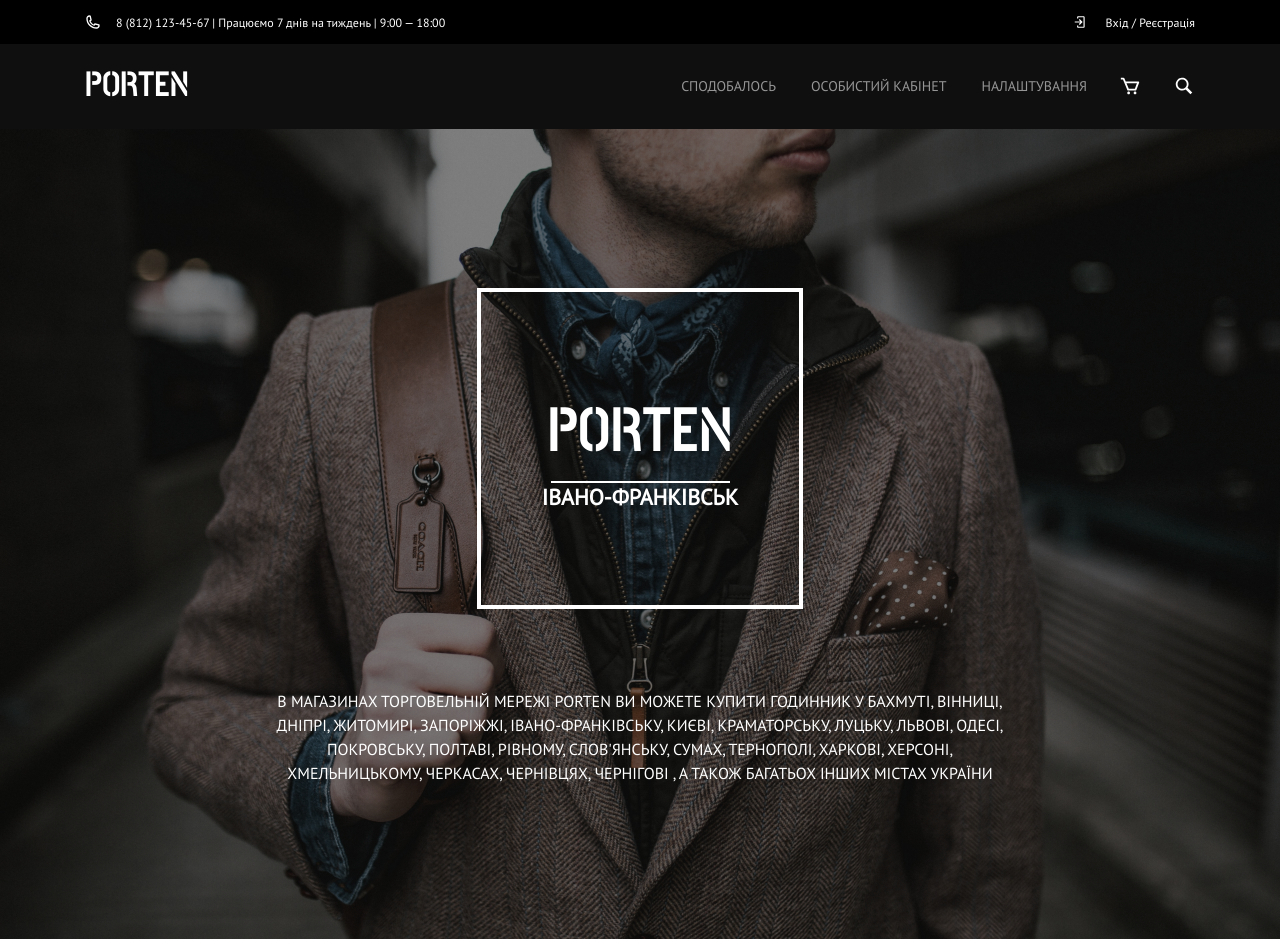
Repository: KYUUBI-K/porten
Page: index.html
An editor plug-in stored every save of this project. The page is shown before and after the next save, followed by the edit.
The browser window is 1280 px wide. The pictures show the whole page.

Above is the page before, as saved 2025-09-09 21:18:40.

After the next save:
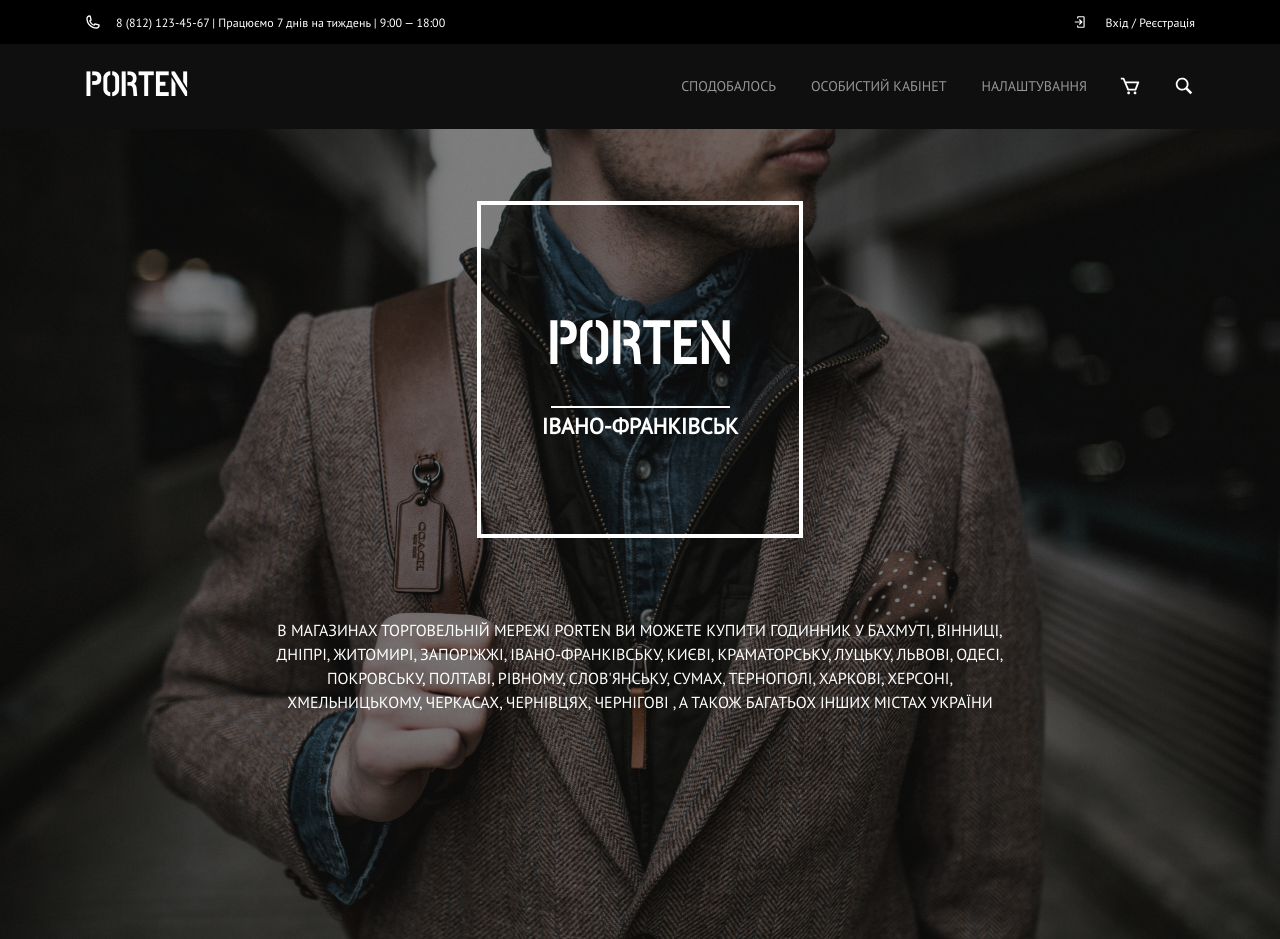
Saved 70 s later.
--- a/styles.css
+++ b/styles.css
@@ -127,8 +127,9 @@
 .banner {
   display: flex;
   flex-direction: column;
-  justify-content: flex-end;
+  justify-content: center;
   align-items: center;
+  text-align: center;
   text-transform: uppercase;
   min-height: 810px;
   background: linear-gradient(
@@ -139,11 +140,8 @@
     url(/images/Rectangle\ 3.png) lightgray 50% / cover no-repeat;
 }
 .banner-logo {
-  display: flex;
-  flex-direction: column;
   border: 4px solid #fff;
   padding: 93px 61px 94px 61px;
-  align-items: center;
 }
 .banner-title {
   font-family: var(--font-family-logo);
@@ -163,7 +161,6 @@
   font-style: normal;
   font-weight: 400;
   line-height: 150%;
-  text-align: center;
   padding: 80px 0 154px 0;
   max-width: 730px;
 }
